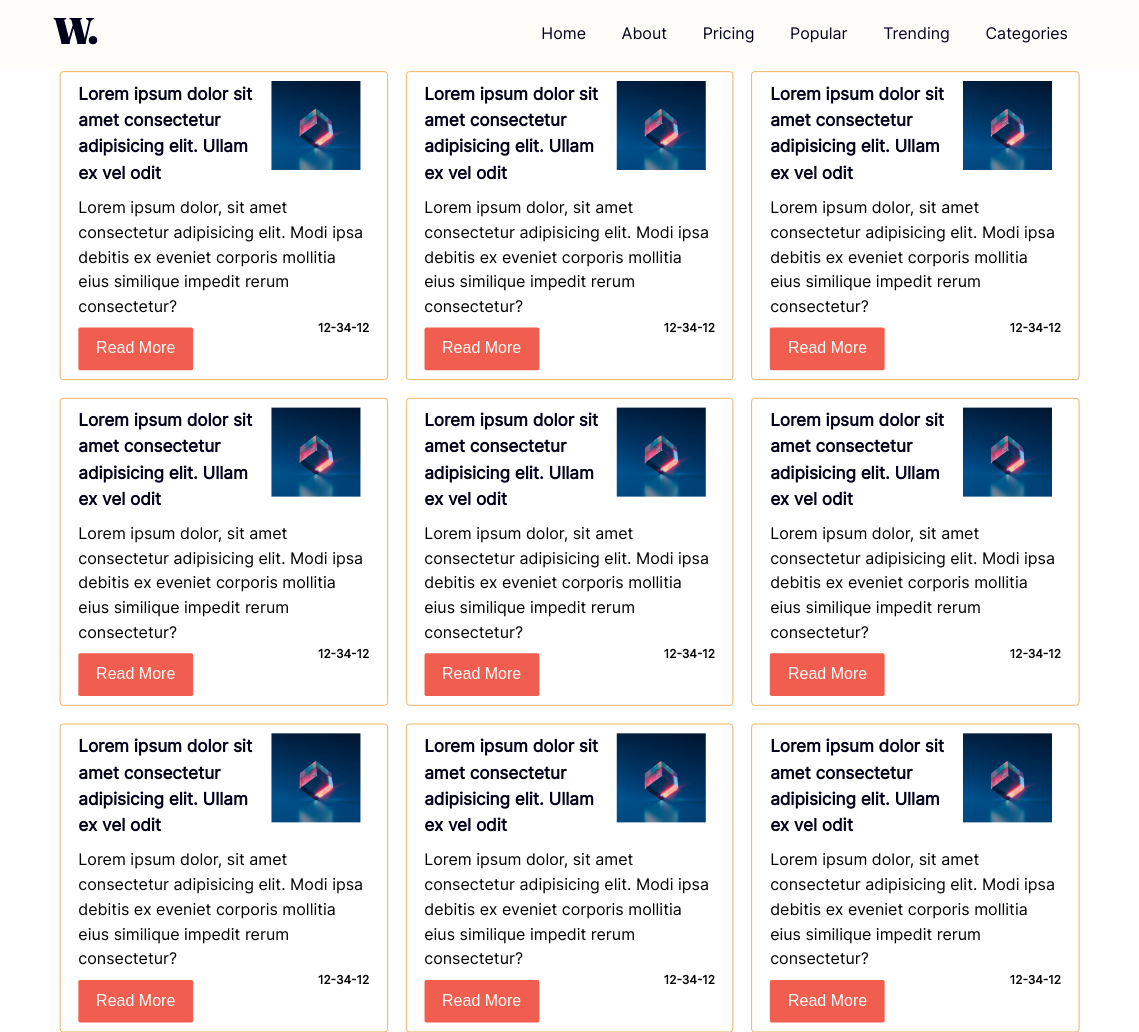
Repository: Benedict-Anthony/web3.0-blog-chain
Page: /trending
These files come from the project's save history. The page is drawn as it stood at one moment and after the next save; the edit follows.
The browser window is 1280 px wide. The pictures show the whole page, at 89% of full size.
The project was rebuilt for these pictures with package versions that can differ from the ones it lists, and the page was loaded fresh each time. The framework's server and built-in components were replaced by stand-ins that run in the browser. Also part of the build but not shown: next.config.js, styles/styles.css.

Above is the page before, as saved 2022-12-21 03:21:27.

### pages/_app.tsx
import '../styles/globals.scss'
import type { AppProps } from 'next/app'
import NavBar from '../components/NavBar'
import "@/styles/styles.css"
export default function App({ Component, pageProps }: AppProps) {
  return (
    <>
      <NavBar />
      <Component {...pageProps} />
    </>
  )
}

### pages/trending.tsx
import Layout from 'components/Layout'
import React from 'react'
import TrendingStyles from "@/styles/Trending.module.scss"
import Trending from 'components/Trending'
import { GetStaticProps } from 'next';

export const getStaticProps: GetStaticProps = async () => {
    // const apiKey = process.env.REACT_APP_RAPID_API_KEY || ""
    // const apiHost = process.env.REACT_APP_RAPID_NEWS_API_HOST || ""
    // // const params = {q: 'crytocurrency', freshness: 'Day', textFormat: 'Raw', safeSearch: 'Off'}
    // const url = `https://bing-news-search1.p.rapidapi.com/news/search?q=cryptocurrency&safeSearch=Off&textFormat=Raw&freshness=Day&count=100`
    // const config = {
    //     headers: {
    //         'X-RapidAPI-Key': apiKey,
    //         'X-RapidAPI-Host':apiHost,
    //         // "Accept-Language": "EN"
    //     }
    // }


    // const response = await fetch(url, config)
    // const data = await response.json()
    // console.log(data)
    return {
        props: {
            // news:data.value
            news:[1,2,3,4,5,6,7,8,9]
        }
    }
}
type TrendingProps = {
    news: {
        id: number
        name: string
        date: string
        slug: string
        image: { thumbnail: { contentUrl: string } }
        description:string
    }[]
}
const TrendingPage = ({news}:TrendingProps) => {

  return (
    <Layout>
          <section className={TrendingStyles.section}>
          {news.map((item) => (
              <Trending news={item} key={item.id}/>
          ))}



              </section>
    </Layout>

  )
}

export default TrendingPage

### styles/globals.scss
:root{
  --SoftOrange: hsl(35, 77%, 62%);
  --SoftRed: hsl(5, 85%, 63%);

  --Red: hsl(0, 78%, 62%);
  --Cyan: hsl(180, 62%, 55%);
  --Orange: hsl(34, 97%, 64%);
  --Blue: hsl(212, 86%, 64%);

  --OffWhite: hsl(36, 100%, 99%);
  --GrayishBlue: hsl(233, 8%, 79%);
  --DarkGrayishBlue: hsl(236, 13%, 42%);
  --VeryDarkBlue: hsl(240, 100%, 5%);
}

@font-face{
  font-family: "Inter";
  src: url("/landing/assets/fonts/static/inter-Bold.ttf");
  src: url("/landing/assets/fonts/static/inter-ExtraBold.ttf");
  src: url("/landing/assets/fonts/static/inter-Regular.ttf");
}

*::after, *::before, *{
  padding: 0;
  margin: 0;
  box-sizing: border-box;
  transition: all .3s ease;
  line-height: 1.54em;
}


ul,li{
  list-style: none;
}

html{
  scroll-behavior: smooth;
}

body{
  font-family: "Inter";
}

.swiper {
    overflow: visible;
}

### components/NavBar.tsx
import React from 'react'
import {useState} from "react"
import Image from 'next/image'
import Link from 'next/link';
import NavBarStyles from "@/styles/navBar.module.scss";

const NavBar = () => {
  const [mobileActive, setMobileActive] = useState(false)
  return (

        <header className={NavBarStyles.header}>
          <nav className={NavBarStyles.nav}>
               <div className="logo">
                <Image src="/landing/assets/images/logo.svg" alt="" width={50} height={30} />
              </div>

              <ul style={{
                right: mobileActive ? "0" : "calc(100vw + 50px)"
              }}>
                  <li><Link href={"/"}>Home</Link></li>
                  <li><Link href={"/about"}>About</Link></li>
                  <li><Link href={"/pricing"}>Pricing</Link></li>
                  <li><Link href={"/popular"}>Popular</Link></li>
                  <li><Link href={"/trending"}>Trending</Link></li>
                  <li><Link href={"/categories"}>Categories</Link></li>

              </ul>

                  <div className={NavBarStyles.toggler} onClick={() => setMobileActive(!mobileActive)}>
                      <Image src={`/landing/assets/images/${mobileActive ? "icon-menu-close.svg" : "icon-menu.svg"}`} alt="" width={25} height={20} />
            </div>

         </nav>
    </header>

  )
}

export default NavBar

### components/Layout.tsx
import React from 'react'
import UtilsStyles from "@/styles/Utils.module.scss";
import {ReactNode} from "react"

type layoutProps = {
    children: ReactNode
}
const Layout = ({children}:layoutProps) => {
  return (
    <main className={UtilsStyles.container}>
      <section className={UtilsStyles.spaceY}>
        {children}
      </section>
      </main>
  )
}

export default Layout

### styles/Trending.module.scss
.article{
    border: 1px solid var(--SoftOrange);
    border-radius: 4px;
    padding: 10px 20px;

    &:hover{
        transform: scale(.99);
    }
    div{
        width: 100%;
        position: relative;
        display: flex;
        justify-content: space-between;
        align-items: flex-start;
        column-gap: 10px;
        img{
            width: 100px;

        }
        h4{
            font-weight: 600;
            color: var(--VeryDarkBlue);
            font-size: 1.2rem;
        }

    }
    p{
        font-size: 18px;
        padding-top: 10px;
    }


}

.section{
    display: grid;
    grid-template-columns: repeat(auto-fit, minmax(22rem, 1fr));
    justify-content: space-between;
    align-items: center;
    gap: 20px;
}

### components/Trending.tsx
import React from 'react'
import TrendingStyles from "@/styles/Trending.module.scss"
import Button from './Button'
type TrendingProps = {
    news: {
        id: number
        name: string
        date: string
        slug: string
      image: { thumbnail: { contentUrl: string } }
        description:string
    }
}

const Trending = ({news}:TrendingProps) => {
  return (
    <article className={TrendingStyles.article}>
        <div>
              <h4>Lorem ipsum dolor sit amet consectetur adipisicing elit. Ullam ex vel odit </h4>

              {/* <img src={news.image ? news.image.thumbnail.contentUrl : "nft/images/image-equilibrium.jpg"} alt="" /> */}
              <img src={"nft/images/image-equilibrium.jpg"} alt="" />
              <span>{news.date}</span>
          </div>

        <p>Lorem ipsum dolor, sit amet consectetur adipisicing elit. Modi ipsa debitis ex eveniet corporis mollitia eius similique impedit rerum consectetur?</p>
      <div>
              <Button title='read more'/>
          <h5>12-34-12</h5>
        </div>
    </article>
  )
}

export default Trending

### styles/navBar.module.scss
.header{
    position: fixed;
    top: 0;
    right: 0;
    left: 0;
    // max-width: 1160px;
    margin: 0 auto;
    padding: 20px;
     background-color: var(--OffWhite);
     z-index:10;
    //  box-shadow:  2px 1px 3px var(--DarkGrayishBlue);
}

.nav{
    display: flex;
    justify-content: space-between;
    align-items: center;
     max-width: 1160px;
    margin: 0 auto;

    .logo{
        width: 50px;
    }

    ul{
        display: flex;
        align-items: center;
        justify-content: space-between;

        li{
            margin: 0 20px;

            a{
                text-decoration: none;
                font-size: 18px;
                color: var(--VeryDarkBlue);
                font-family: "Inter";
                font-weight: 400;
                &:hover{
                    color: var(--SoftRed);
                    cursor: pointer;
                }
            }
        }
    }

    @media(max-width:767px) {
        ul{
            position: absolute;
            top: 0;
            width: 80%;
            background-color: var(--OffWhite);
            box-shadow: 2px 2px 3px var(--DarkGrayishBlue);
            height: 100vh;
            flex-flow: column;
            justify-content: center;
            align-items: flex-start;
            padding-left: 10px;

            li{
                margin: 20px 0;

                a{
                    font-size: 22px;
                }
            }

        }


    }
}



.toggler{
        display: none;


        @media(max-width:767px) {
            display: block;
            z-index: 10;
        }
    }

### styles/Utils.module.scss
.container{
    max-width: 1160px;
    margin: 0 auto;
    overflow:hidden;
    padding: 0 7px;
}

.spaceY{
    padding-top: 2.5rem;
    margin-top: 2.5rem;
}

### components/Button.tsx
import React from 'react'
import ButtonbStyles from "@/styles/Button.module.scss"
type ButtonProps = {
    title:string
}
const Button = ({title}: ButtonProps) => {
  return (
    <button className={ButtonbStyles.button}>
      {title}
    </button>
  )
}

export default Button

### styles/Button.module.scss
.button{
    display: inline-block;
    color: var(--OffWhite);
    padding: 10px 20px;
    border: 0;
    background-color: var(--SoftRed);
    margin-top: 10px;
    font-size: 18px;
    border-radius: 2px;
    text-transform: capitalize;

    &:hover{
        cursor: pointer;
        background-color: var(--VeryDarkBlue);
    }
}

After the next save:
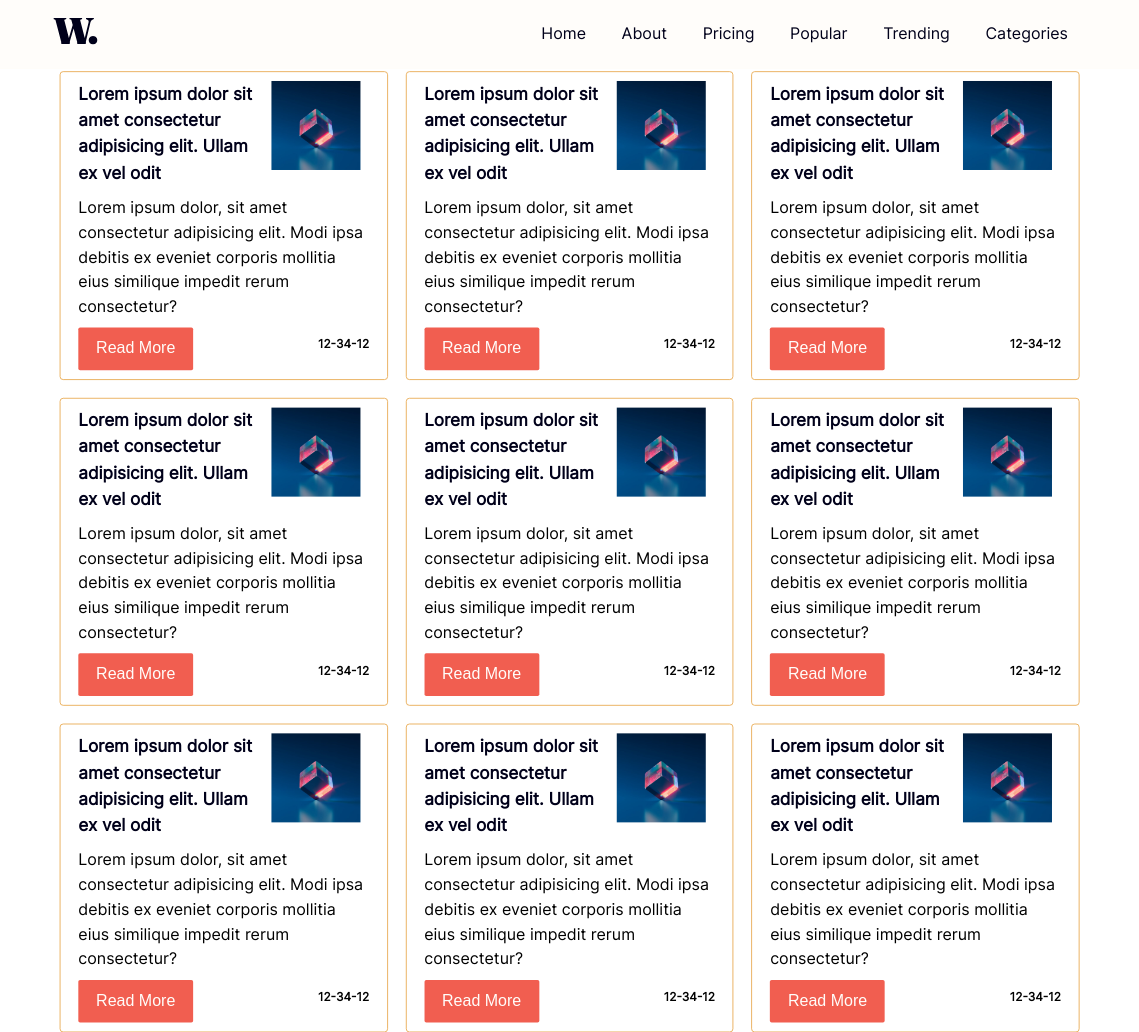
Saved 119 s later.
--- a/components/Trending.tsx
+++ b/components/Trending.tsx
@@ -24,7 +24,11 @@ const Trending = ({news}:TrendingProps) => {
           </div>
 
         <p>Lorem ipsum dolor, sit amet consectetur adipisicing elit. Modi ipsa debitis ex eveniet corporis mollitia eius similique impedit rerum consectetur?</p>
-      <div>
+      <div style={{
+        display: "flex",
+        alignItems: "center",
+        justifyContent:"space-between"
+      }}>
               <Button title='read more'/>
           <h5>12-34-12</h5>
         </div>
